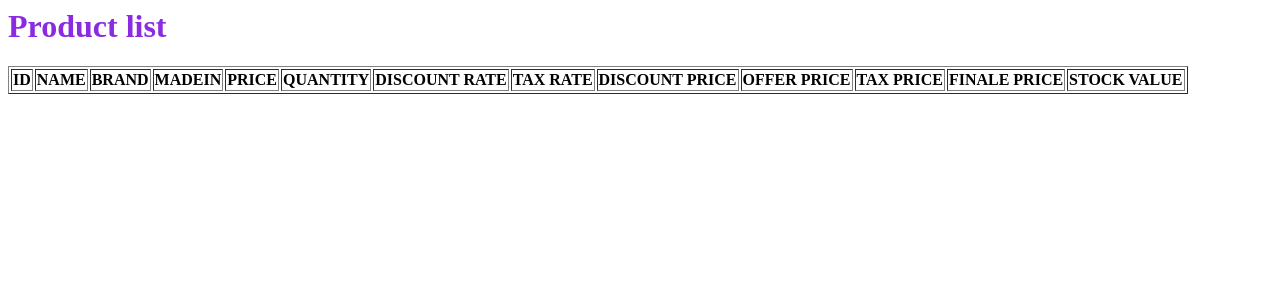
Repository: Lathadasari3010/SoftwareExamples
Page: http://localhost/product-list
These files come from the project's save history. The page is drawn as it stood at one moment and after the next save; the edit follows.
The browser window is 1280 px wide. The pictures show the whole page.
The page is this project's Thymeleaf template; nobody is signed in. The template is opened directly, without the code that normally fills it, so the values that code supplies are empty.

Above is the page before, as saved 2024-12-20 08:56:59.

### SpringBoot/src/main/resources/templates/product-list.html
<html>
	<head>
		<title>Product list</title>
	</head>
	<body>
		<div>
			<h1 style="color:blueviolet;">Product list</h1>
			<table border="1">
				<thead>
					<tr>
						<th>ID</th>
						<th>NAME</th>
						<th>BRAND</th>
						<th>MADEIN</th>
						<th>PRICE</th>
						<th>QUANTITY</th>
						<th>DISCOUNT RATE</th>
						<th>TAX RATE</th>
						<th>DISCOUNT PRICE</th>
						<th>OFFER PRICE</th>
						<th>TAX PRICE</th>
						<th>FINALE PRICE</th>
						<th>STOCK VALUE</th>
					</tr>
				</thead>

				<tbody>
					<tr th:each="product:${products}">
						<td th:text="${product.id}"></td>
						<td th:text="${product.name}"></td>
						<td th:text="${product.brand}"></td>
						<td th:text="${product.madeIn}"></td>
						<td th:text="${product.price}"></td>
						<td th:text="${product.quantity}"></td>
						<td th:text="${product.discountRate}"></td>
						<td th:text="${product.taxRate}"></td>
						<td th:text="${product.discountPrice}"></td>
						<td th:text="${product.offerPrice}"></td>
						<td th:text="${product.taxPrice}"></td>
						<td th:text="${product.finalePrice}"></td>
						<td th:text="${product.stockValue}"></td>
					</tr>
				</tbody>
			</table>
		</div>
	</body>
</html>

After the next save:
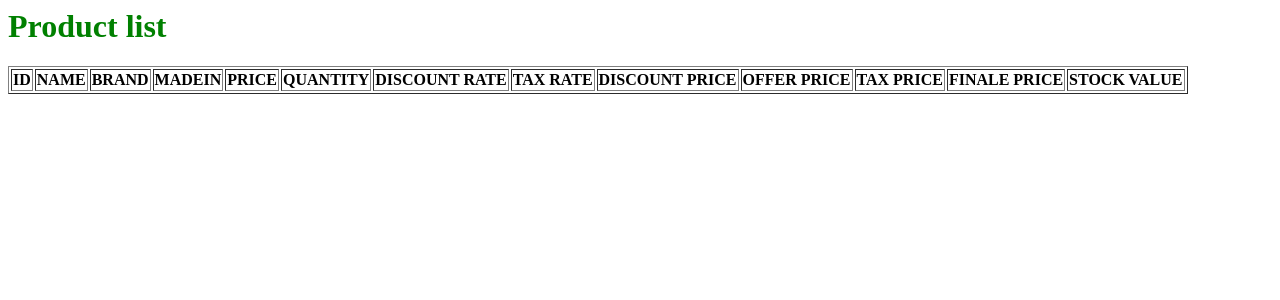
Saved 17 s later.
--- a/SpringBoot/src/main/resources/templates/product-list.html
+++ b/SpringBoot/src/main/resources/templates/product-list.html
@@ -4,7 +4,7 @@
 	</head>
 	<body>
 		<div>
-			<h1 style="color:blueviolet;">Product list</h1>
+			<h1 style="color:green;">Product list</h1>
 			<table border="1">
 				<thead>
 					<tr>
